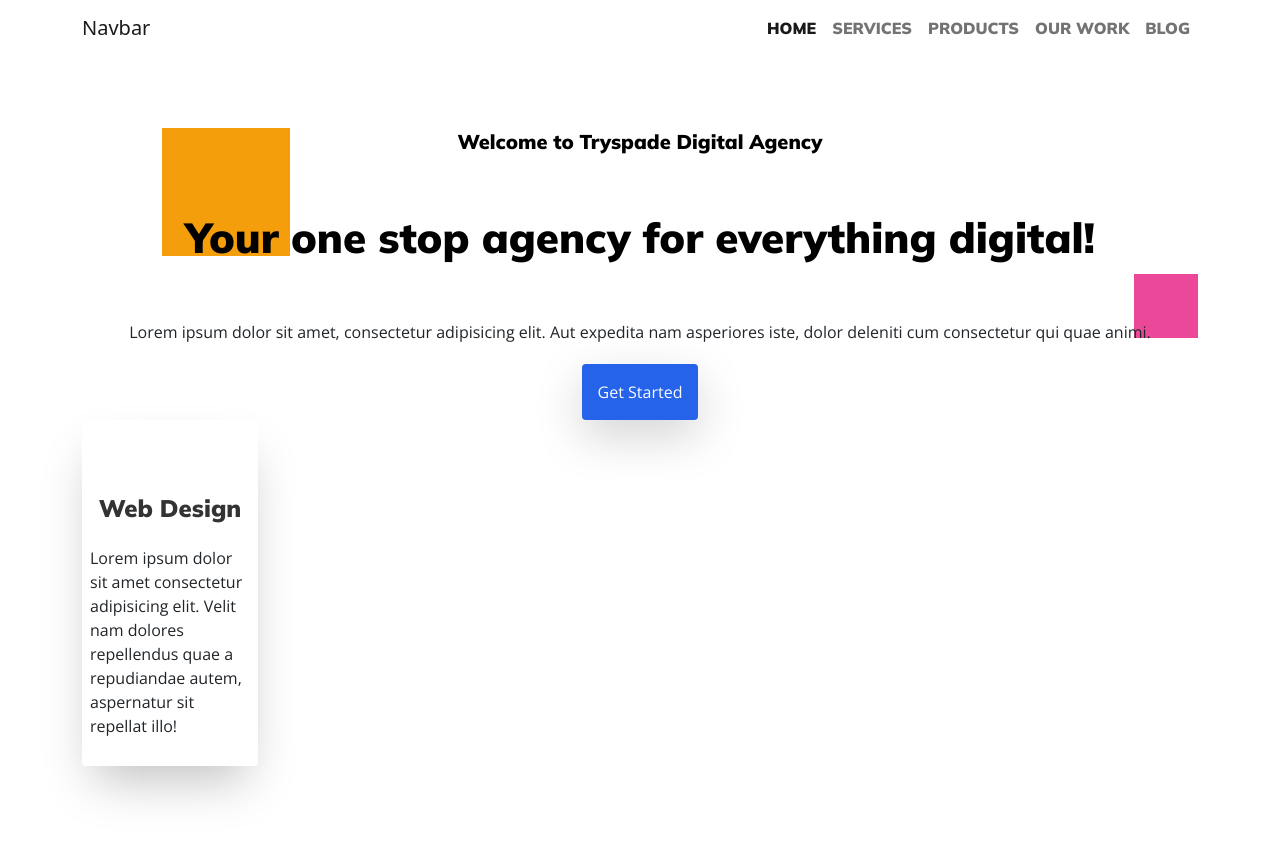
Repository: latenightsnacc/super-octo-fortnight
Page: index.html
The author's editor kept a copy of each file at every save. The page is drawn from the files as they stood at one save, then again after the next save.
The browser window is 1280 px wide. The pictures show the whole page.
Some web libraries are served in a nearby version. The style sheet was rebuilt from its Sass, Less or Tailwind sources for each picture, by a compiler version that may differ from the author's.

Above is the page before, as saved 2021-01-29 13:06:12.

### index.html
<!DOCTYPE html>
<html lang="en">
<head>
    <meta charset="UTF-8">
    <meta name="viewport" content="width=device-width, initial-scale=1.0">
    <!--Tailwind 2.0.2-->
    <link href="https://cdnjs.cloudflare.com/ajax/libs/tailwindcss/2.0.2/tailwind.min.css" rel="stylesheet">
    <!--Font Awesome 5.15.1-->
    <link rel="stylesheet" href="https://cdnjs.cloudflare.com/ajax/libs/font-awesome/5.15.1/css/all.min.css" integrity="sha512-+4zCK9k+qNFUR5X+cKL9EIR+ZOhtIloNl9GIKS57V1MyNsYpYcUrUeQc9vNfzsWfV28IaLL3i96P9sdNyeRssA==" crossorigin="anonymous" />
    <!-- Bootstrap 5.0.0 Beta-->
    <link href="https://cdn.jsdelivr.net/npm/bootstrap@5.0.0-beta1/dist/css/bootstrap.min.css" rel="stylesheet" integrity="sha384-giJF6kkoqNQ00vy+HMDP7azOuL0xtbfIcaT9wjKHr8RbDVddVHyTfAAsrekwKmP1" crossorigin="anonymous" />
    <!-- UIkit CSS -->
    <link rel="stylesheet" href="https://cdn.jsdelivr.net/npm/uikit@3.6.9/dist/css/uikit.min.css" />
    <link rel="apple-touch-icon" sizes="180x180" href="/apple-touch-icon.png">
    <link rel="icon" type="image/png" sizes="32x32" href="/favicon-32x32.png">
    <link rel="icon" type="image/png" sizes="16x16" href="/favicon-16x16.png">
    <link rel="manifest" href="/site.webmanifest">
    <!--Custom Stylesheet-->
    <link rel="stylesheet" href="stylesheet/stylesheet.css">
    <title>TrySpade - Digital Agency</title>
</head>
<body class="overflow-x-hidden min-h-screen" >
    <main class="w-full mx-auto">
        <header>
            <nav class="navbar navbar-expand-lg navbar-light bg-white fixed-top ">
                <div class="container">
                  <a class="navbar-brand" href="#">Navbar</a>
                  <button class="navbar-toggler" type="button" data-bs-toggle="collapse" data-bs-target="#navbarSupportedContent" aria-controls="navbarSupportedContent" aria-expanded="false" aria-label="Toggle navigation">
                    <span class="navbar-toggler-icon"></span>
                  </button>
                  <div class="collapse navbar-collapse" id="navbarSupportedContent">
                    <ul class="navbar-nav ml-auto mb-2 mb-lg-0">
                        <li class="nav-item">
                            <a class="nav-link active text-base uppercase" aria-current="page" href="#">Home</a>
                        </li>
                        <li class="nav-item">
                            <a class="nav-link text-base uppercase" href="#">services</a>
                        </li>
                        <li class="nav-item">
                            <a class="nav-link text-base uppercase" href="#">products</a>
                        </li>
                        <li class="nav-item">
                            <a class="nav-link text-base uppercase" href="#">our work</a>
                        </li>
                        <li class="nav-item">
                            <a class="nav-link text-base uppercase" href="#">blog</a>
                        </li>

                    </ul>
                  </div>
                </div>
            </nav>
        </header>
        <!--Banner-->
        <section id="banner" class="bg-white w-full mt-32">
            <div class="container">
                <div class="relative flex flex-col items-center h-auto">
                    <div class="z-10 text-black text-xl text-center title">Welcome to Tryspade Digital Agency</div>
                    <h1 class="z-10 text-center text-black leading-loose">Your one stop agency for everything digital!</h1>
                    <p class="z-10 text-center">Lorem ipsum dolor sit amet, consectetur adipisicing elit. Aut expedita nam asperiores iste, dolor deleniti cum consectetur qui quae animi.</p>
                    <!--BOXES-->
                    <div class=" absolute top-0 left-20">
                        <div class="z-0 border-2 border-yellow-500 bg-yellow-500 w-32 h-32"></div>
                    </div>

                    <div class="absolute top-50 right-0">
                        <div class="z-0 border-2 border-pink-500 bg-pink-500 w-16 h-16"></div>
                    </div>
                    <div class="flex justify-center">
                        <button class="bg-blue-600 p-3 font-lg text-gray-50 shadow-lg rounded focus:outline-none">Get Started</button>
                    </div>
                </div>
            </div>
        </section>
        <!--SERVICES-->
        <section id="services">
            <div class="container">
                <div class="row">
                    <div class="col-xs-12 col-sm-12 col-md-4 col-lg-3 col-xl-3">
                        <div class="w-44 h-auto bg-white shadow-2xl rounded p-2">
                            <a href="#">
                                <i class="fa fa-web"></i>
                            </a>
                            <h3 class="text-center">Web Design</h3>
                            <p>Lorem ipsum dolor sit amet consectetur adipisicing elit. Velit nam dolores repellendus quae a repudiandae autem, aspernatur sit repellat illo!</p>
                        </div>
                    </div>
                </div>
            </div>
        </section>
        <!-- <svg xmlns="http://www.w3.org/2000/svg" viewBox="0 0 1440 320"><path fill="#0099ff" fill-opacity="1" d="M0,320L48,282.7C96,245,192,171,288,122.7C384,75,480,53,576,69.3C672,85,768,139,864,170.7C960,203,1056,213,1152,208C1248,203,1344,181,1392,170.7L1440,160L1440,0L1392,0C1344,0,1248,0,1152,0C1056,0,960,0,864,0C768,0,672,0,576,0C480,0,384,0,288,0C192,0,96,0,48,0L0,0Z"></path></svg> -->
        <!-- <svg xmlns="http://www.w3.org/2000/svg" viewBox="0 0 1440 320"><path fill="#0099ff" fill-opacity="1" d="M0,64L48,96C96,128,192,192,288,213.3C384,235,480,213,576,170.7C672,128,768,64,864,42.7C960,21,1056,43,1152,64C1248,85,1344,107,1392,117.3L1440,128L1440,0L1392,0C1344,0,1248,0,1152,0C1056,0,960,0,864,0C768,0,672,0,576,0C480,0,384,0,288,0C192,0,96,0,48,0L0,0Z"></path></svg> -->
    </main>
    <!-- UIkit JS -->
    <script src="https://cdn.jsdelivr.net/npm/uikit@3.6.9/dist/js/uikit.min.js"></script>
    <script src="https://cdn.jsdelivr.net/npm/uikit@3.6.9/dist/js/uikit-icons.min.js"></script>
    <script src="https://cdn.jsdelivr.net/npm/bootstrap@5.0.0-beta1/dist/js/bootstrap.bundle.min.js" integrity="sha384-ygbV9kiqUc6oa4msXn9868pTtWMgiQaeYH7/t7LECLbyPA2x65Kgf80OJFdroafW" crossorigin="anonymous"></script>
    <!-- Start of HubSpot Embed Code -->
  <script type="text/javascript" id="hs-script-loader" async defer src="//js.hs-scripts.com/9284931.js"></script>
  <!-- End of HubSpot Embed Code -->
</body>
</html>

### Stylesheet/stylesheet.scss
@import 'variables';
@import 'bg';

h1, h2, h3, h4, h5, h6, .nav-link, button, .title {
    font-family: $fontBold;
}
p, button {
    font-family: $fontRegular;
}

### Stylesheet/_variables.scss
@import url('https://fonts.googleapis.com/css2?family=Mulish:wght@900&family=Open+Sans&display=swap');

$fontBold: 'Mulish', sans-serif;
$fontRegular:'Open Sans', sans-serif;
$white: white;

### Stylesheet/bg.scss
.background {
    background-color: white;
    position: relative;
    min-height: 100vh;
    min-width:100vw;
    overflow-x: hidden;

  .wrapper{
    z-index: 1;
  }


  .cube {
    position: absolute;
    top: 80vh;
    left: 45vw;
    width: 10px;
    height: 10px;
    border: solid 1px darken(lightgrey, 10%);
    transform-origin: top left;
    transform: scale(0) rotate(0deg) translate(-50%, -50%);
    animation: cube 12s ease-in forwards infinite;

    &:nth-child(2n) {
      border-color: lighten(lightgrey, 10%);
    }

    &:nth-child(2) {
      animation-delay: 2s;
      left: 25vw;
      top: 40vh;
    }

    &:nth-child(3) {
      animation-delay: 4s;
      left: 75vw;
      top: 50vh;
    }

    &:nth-child(4) {
      animation-delay: 6s;
      left: 90vw;
      top: 10vh;
    }

    &:nth-child(5) {
      animation-delay: 8s;
      left: 10vw;
      top: 85vh;
    }

    &:nth-child(6) {
      animation-delay: 10s;
      left: 50vw;
      top: 10vh;
    }


}

@keyframes cube {
        from {
        transform: scale(0) rotate(0deg) translate(-50%, -50%);
        opacity: 1;
        }
        to {
        transform: scale(20) rotate(960deg) translate(-50%, -50%);
        opacity: 0;
        }
    }
}

After the next save:
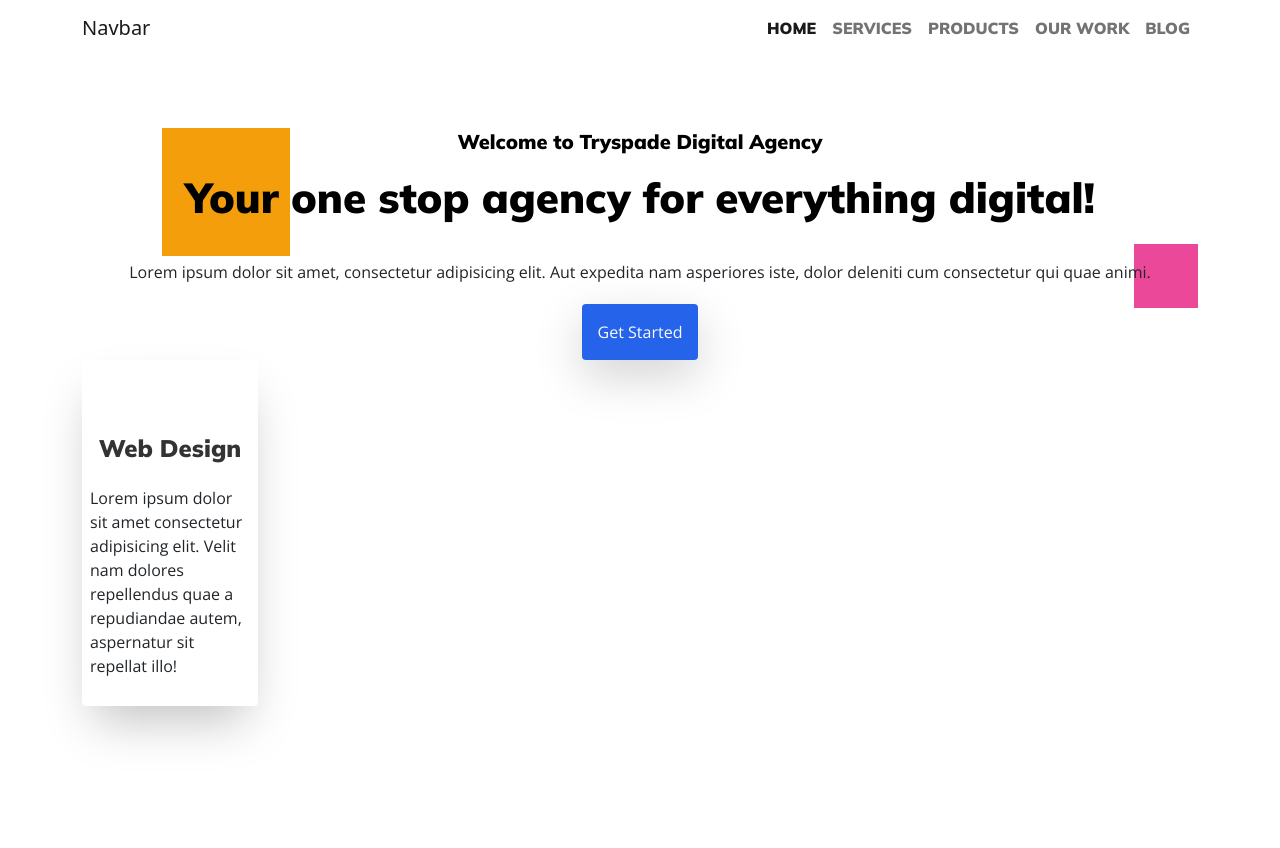
Saved 49 s later.
--- a/index.html
+++ b/index.html
@@ -56,7 +56,7 @@
             <div class="container">
                 <div class="relative flex flex-col items-center h-auto">
                     <div class="z-10 text-black text-xl text-center title">Welcome to Tryspade Digital Agency</div>
-                    <h1 class="z-10 text-center text-black leading-loose">Your one stop agency for everything digital!</h1>
+                    <h1 class="z-10 text-center text-black leading-loose m-0">Your one stop agency for everything digital!</h1>
                     <p class="z-10 text-center">Lorem ipsum dolor sit amet, consectetur adipisicing elit. Aut expedita nam asperiores iste, dolor deleniti cum consectetur qui quae animi.</p>
                     <!--BOXES-->
                     <div class=" absolute top-0 left-20">
